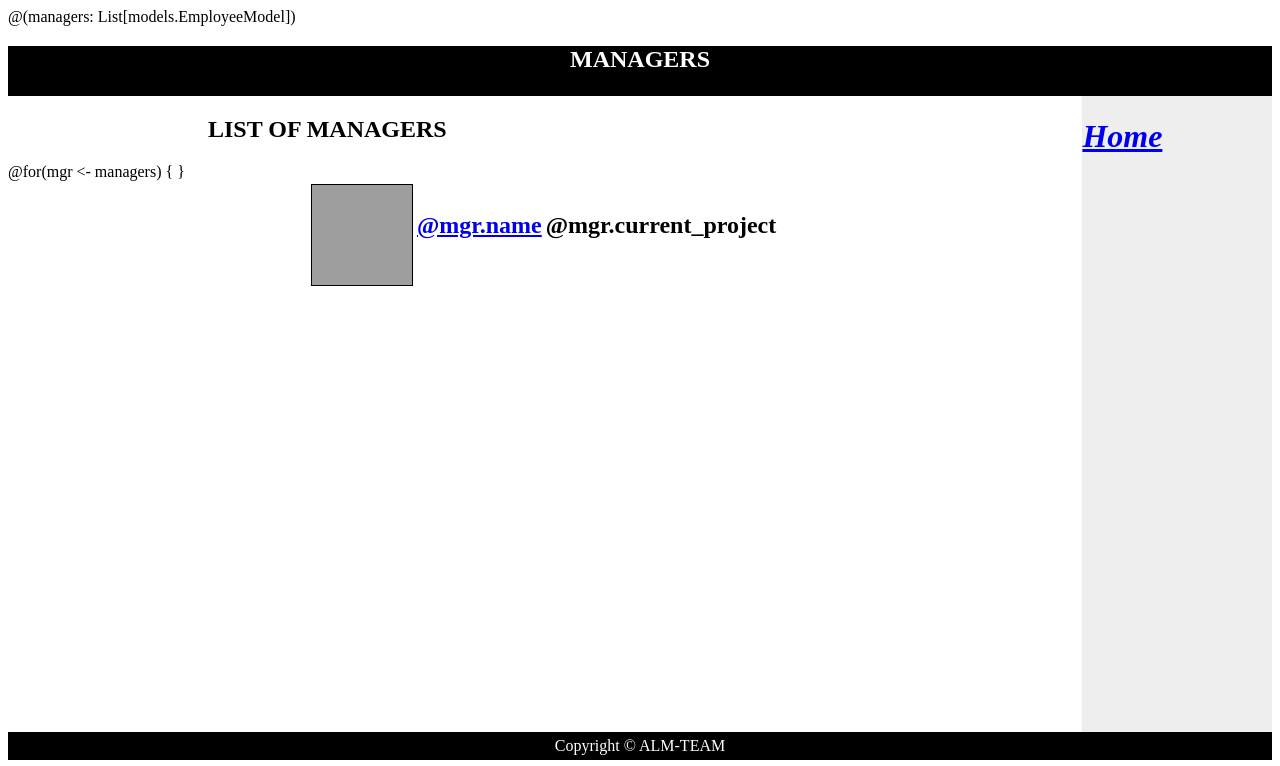
Repository: sumitkum200690/PLAY_SLICK
Page: Play_DB/app/views/managerPage.scala.html
The author's editor kept a copy of each file at every save. The page is drawn from the files as they stood at one save, then again after the next save.
The browser window is 1280 px wide. The pictures show the whole page.
Pictures or frames that could not be fetched are drawn as grey boxes.

Above is the page before, as saved 2015-09-25 09:47:24.

### Play_DB/app/views/managerPage.scala.html
@(managers: List[models.EmployeeModel])
<head>
<style>

#maindiv{
	height:100%;
	width:100%;

}

#header{
	height:7%;
	width:100%;
	background-color:black;
	color:white;
	text-align:center;


}


#d3{
	height:93%;
	width:100%;
	float:left;
}

#content{
	height:95%;
	width:100%;

}

#list{
	height:100%;
	width:85%;
	float:left;
	background-color:white;
}

#home{
	height:100%;
	width:15%;
	float:left;
	background-color:#eeeeee;
}

#footer{
	height:5%;
	width:100%;
	background-color:black;
	color:white;
}

#header2 {
    background-color:black;
    color:white;
    text-align:center;
    padding:5px;
}

#section {
    width:100%;
    float:left;
    padding:10px;
     height: 100%;
     background-color:blue;
}

#section2 {
    width:100%;
    float:left;
    padding:10px;
     height: 100%;
}

#footer2 {
    background-color:black;
    color:white;
    clear:both;
    text-align:center;
   padding:5px;

   margin-bottom: 1px;
}




</style>


</head>








<body style="height: 100%; background-color:white" >

<div id="maindiv">

	<div id="header">

	<h2>MANAGERS</h2>
	</div>

	<div id="d3">

		<div id="content">

			<div id="list">
				<h2 style="margin-left:200px ">LIST OF MANAGERS</h2>
				<table style="margin-left:300px ">

				  @for(mgr <- managers) {



				<tr>

				<td><img src="/assets/images/@mgr.id@(".png")" alt="alt text" height="100" width="100" border="1"/></td>
				<td><a href="/Reportees/@mgr.id"><h2>@mgr.name</h2></a></td>
				<td><h2> @mgr.current_project</h2></td>

				</tr>



				  }
				  </table>

			</div>

			<div id="home" style="float:left;"><a href="/"><h1><b><I>Home</I></b></h1></a></div>

		</div>

		<div id="footer2">
		Copyright © ALM-TEAM
		</div>

	</div>

</div>

After the next save:
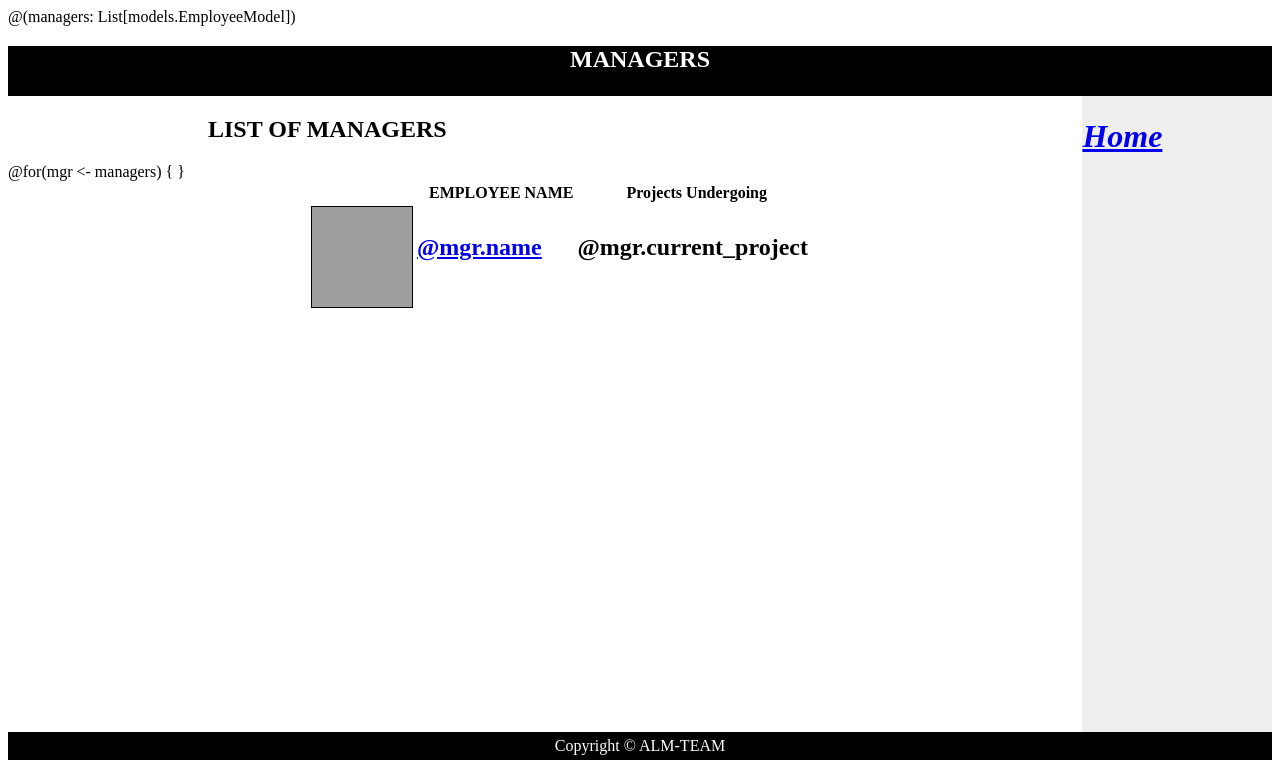
Saved 67 s later.
--- a/Play_DB/app/views/managerPage.scala.html
+++ b/Play_DB/app/views/managerPage.scala.html
@@ -116,6 +116,9 @@
 				<h2 style="margin-left:200px ">LIST OF MANAGERS</h2>
 				<table style="margin-left:300px ">
 
+
+				  <tr><th>&nbsp; &nbsp; </th><th> &nbsp; &nbsp;EMPLOYEE NAME</th><th>&nbsp;&nbsp;Projects Undergoing</th> </tr>
+
 				  @for(mgr <- managers) {
 
 
